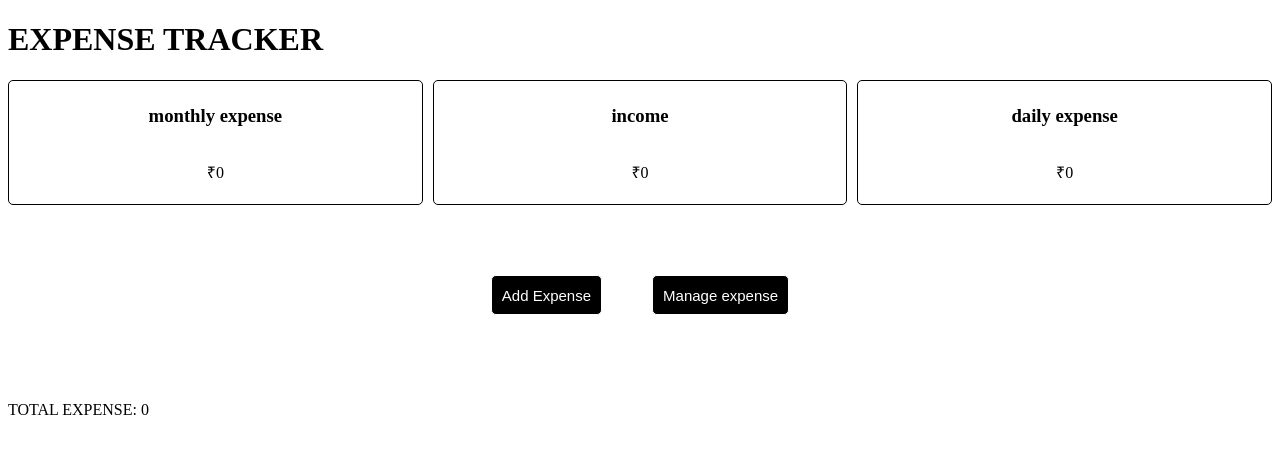
Repository: Gaurav124937/Expense-Tracker
Page: index.html
An editor plug-in stored every save of this project. The page is shown before and after the next save, followed by the edit.
The browser window is 1280 px wide. The pictures show the whole page.

Above is the page before, as saved 2026-09-10 21:06:39.

After the next save:
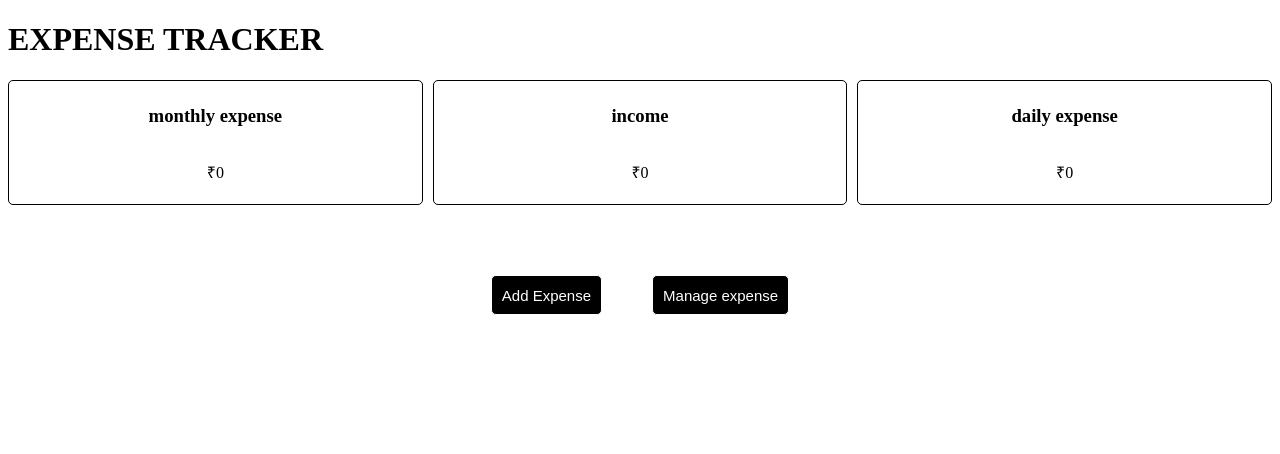
Saved 52 s later.
--- a/script.js
+++ b/script.js
@@ -13,9 +13,6 @@ expenses.forEach((expense) => {
  renderExpense(expense);
 });
 
-let total = totalExpense();
-const totalSub = document.querySelector(".total-value");
-totalSub.innerHTML = `<p>TOTAL EXPENSE: ${total}</p>`;
 
 expenseForm.addEventListener("submit", function (event) {
   event.preventDefault();
